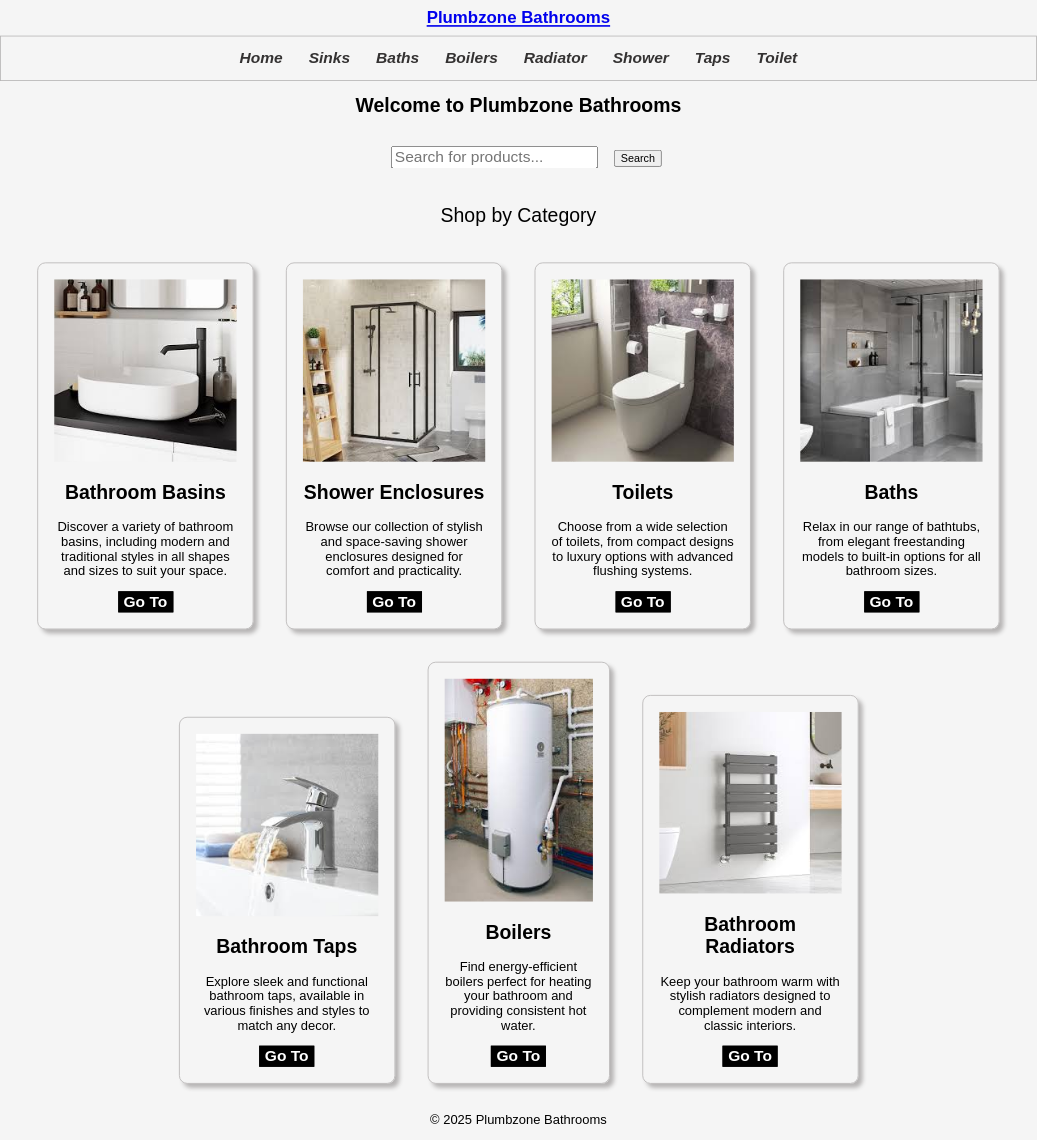
Repository: ziarahman112/react-practice
Page: /Home (app in Website/)
The author's editor kept a copy of each file at every save. The page is drawn from the files as they stood at one save, then again after the next save.
The browser window is 1280 px wide. The pictures show the whole page, at 81% of full size.
The project was rebuilt for these pictures with package versions that can differ from the ones it lists, and the page was loaded fresh each time. Also part of the build but not shown: Website/vite.config.js, Website/src/Shower/Shower.jsx, Website/src/Bath/Bath.jsx, Website/src/Toilet/Toilet.jsx, Website/src/Radiator/Radiator.jsx, Website/src/Boiler/Boiler.jsx, Website/src/Taps/Tap.jsx, Website/src/sink/sinks.jsx.

Above is the page before, as saved 2025-07-10 00:08:23.

### Website/index.html
<!doctype html>
<html lang="en">
  <head>
    <meta charset="UTF-8" />
    <link rel="icon" type="image/svg+xml" href="/vite.svg" />
    <meta name="viewport" content="width=device-width, initial-scale=1.0" />
    <title>PlumbZone Bathrooms</title>
  </head>
  <body>
    <div id="root"></div>
    <script type="module" src="/src/main.jsx"></script>
  </body>
</html>

### Website/src/index.css
#title{
font-size: 1.3em;
font-weight: bold;
text-align: left;
margin: auto;
border: 10px solid hsla(0, 100%, 100%, 0);
max-width: fit-content;
align-content:start ;
  text-decoration: none;

}

#nav{
  display: flex;
  justify-content: center; /* centers the nav list horizontally */
  background-color: #f5f5f5; /* optional: background for nav bar */
  padding: 1rem 0; /* optional: spacing inside the navbar */
  border: 1px solid hsl(0, 1%, 71%);
}

.title{

  border: 2px solid hsl(0, 0%, 0%);
  border-radius: 10px;
  color: hsl(0, 1%, 20%);
  background-color: hsl(0, 1%, 98%);
  padding: 10px;
  font-family: Arial, sans-serif;
  font-weight: bold;


  cursor: pointer;

}

#nav-list {
  list-style: none;
  font-size: 1.2em;
  font-weight: bold;
  text-align: center;
  align-items: center;
  display: flex;
  gap: 2rem;
  padding: 0;
  margin: 0;
  color: hsl(0, 1%, 20%);
  font-style: italic;
  font-family: Arial, sans-serif;
}

#nav-list li a {
  text-decoration: none;
  color: hsl(0, 1%, 20%);
  transition: color 0.3s ease;
}

#nav-list li a:hover {
  color: hsl(0, 1%, 40%);
}

### Website/src/App.jsx
import { BrowserRouter as Router, Routes, Route } from 'react-router-dom';
import Header from './components/Header';
import Footer from './components/Footer';
import Shower from './Shower/Shower';
import Bath from './Bath/Bath';
import Toilet from './Toilet/Toilet';
import Radiator from './Radiator/Radiator';
import Boiler from './Boiler/Boiler';
import Tap from './Taps/Tap';

import Home from './Home/Home';
import Sinks from './sink/sinks';


function App() {
return (
<Router>
<Header/>
<Routes>
        <Route path="/Home" element={<Home />} />
        <Route path="/sinks" element={<Sinks />} />
        <Route path="/Shower" element={<Shower />} />
        <Route path="/Bath" element={<Bath />} />
        <Route path="/toilet" element={<Toilet />} />
        <Route path="/radiator" element={<Radiator />} />
        <Route path="/boiler" element={<Boiler />} />
        <Route path="/taps" element={<Tap />} />

      </Routes>
      <Footer/>

</Router>
)
}

export default App

### Website/src/components/Header.jsx

function Header () {
return (
    <div >
    <header id = "header">
    <h1 id = "title" > <a href="/Home"> Plumbzone Bathrooms</a> </h1>
    <nav id = "nav">
        <ul id = "nav-list">
            <li id = "home"> <a href = "/Home"> Home</a></li>
            <li id = "sinks"> <a href="/sinks">Sinks </a></li>
            <li><a href="/bath"> Baths</a></li>
            <li> <a href="/Boiler"> Boilers </a></li>
            <li> <a href="/Radiator"> Radiator </a></li>
            <li> <a href="/Shower"> Shower</a></li>
            <li> <a href="/taps"> Taps</a></li>
            <li> <a href="/Toilet"> Toilet</a></li>

        </ul>
    </nav>

    </header>
    </div>
)
}

export default Header;

### Website/src/components/Footer.jsx


function Footer() {
return(
    <footer>
        <p>&copy; {new Date().getFullYear()} Plumbzone Bathrooms </p>
    </footer>
);
}
export default Footer;

### Website/src/Home/Home.jsx
import sink from '../assets/sink.jpeg';
import basin from '../assets/bathroom basin.jpeg';
import toilet from '../assets/toilet.jpeg';
import baths from '../assets/bath.jpeg';
import radiator from '../assets/radiator.jpeg';
// import shower from '../assets/shower.jpeg';
import boiler from '../assets/boiler.jpeg';
import taps from '../assets/tap.jpeg';
import showerEnclosure from '../assets/Shower enclosure.jpeg';
import Header from '../components/Header';
import sinks from '../sink/sinks';
import { useNavigate } from 'react-router-dom';
import styles from './Home.module.css';
import Bath from '../Bath/Bath';




function Home(){
const navigate = useNavigate();

let b;

let Tap = function() {
    navigate('/taps');
}

let Boiler = function() {
    navigate('/boiler');
}

let bath = function() {
    navigate('/Bath');
}

let sinks = function() {
    navigate('/sinks');

}
let shower = function() {
    navigate('/Shower');
}

let Toilet = function() {
    navigate('/toilet');
}

let Radiator = function() {
    navigate('/radiator');
}

    return (
        <header>
            <h1 className={styles.head}>Welcome to Plumbzone Bathrooms</h1>

            <div className={styles.search}>
         <input className = {styles.input}type="text" placeholder='Search for products...' />
         <button className= {styles.Button}> Search </button>
            </div>



            <div>
                <p className={styles.head}>Shop by Category</p>


    <div className={styles.card}>
        <img className="card-image" src={basin} alt="Bathroom Basin" />
        <h2 className="card-title">Bathroom Basins</h2>
        <p className='card-p'>
            Discover a variety of bathroom basins, including modern and traditional styles in all shapes and sizes to suit your space.
        </p>
        <button className={styles.Button} onClick={sinks}>Go To</button>
    </div>

    <div className={styles.card}>
        <img className='card-image' src={showerEnclosure} alt="Shower Enclosure" />
        <h2 className='card-title'>Shower Enclosures</h2>
        <p className='card-p'>
            Browse our collection of stylish and space-saving shower enclosures designed for comfort and practicality.
        </p>
        <button className={styles.Button} onClick={shower}>Go To</button>
    </div>

    <div className={styles.card}>
        <img className='card-image' src={toilet} alt="Toilets" />
        <h2 className='card-title'>Toilets</h2>
        <p className='card-p'>
            Choose from a wide selection of toilets, from compact designs to luxury options with advanced flushing systems.
        </p>
        <button className={styles.Button} onClick={Toilet}>Go To</button>
    </div>

    <div className={styles.card}>
        <img className='card-image' src={baths} alt="BathTubs" />
        <h2 className='card-title'>Baths</h2>
        <p className='card-p'>
            Relax in our range of bathtubs, from elegant freestanding models to built-in options for all bathroom sizes.
        </p>
        <button className={styles.Button} onClick={bath}>Go To</button>
    </div>

    <div className={styles.card}>
        <img className='card-image' src={taps} alt="Bathroom Taps" />
        <h2 className='card-title'>Bathroom Taps</h2>
        <p className='card-p'>
            Explore sleek and functional bathroom taps, available in various finishes and styles to match any decor.
        </p>
        <button className={styles.Button} onClick={Tap}>Go To</button>
    </div>

    <div className={styles.card}>
        <img className='card-image' src={boiler} alt="Boilers" />
        <h2 className='card-title'>Boilers</h2>
        <p className='card-p'>
            Find energy-efficient boilers perfect for heating your bathroom and providing consistent hot water.
        </p>
        <button className={styles.Button} onClick={Boiler}>Go To</button>
    </div>

    <div className={styles.card}>
        <img className='card-image' src={radiator} alt="Bathroom Radiators" />
        <h2 className='card-title'>Bathroom Radiators</h2>
        <p className='card-p'>
            Keep your bathroom warm with stylish radiators designed to complement modern and classic interiors.
        </p>
        <button className={styles.Button} onClick={Radiator}>Go To</button>
    </div>
</div>

        </header>

    );
}
export default Home;

### Website/src/Home/Home.module.css


  body{
    align-content: center;
    text-align: center;
    background-color: hsl(0, 1%, 96%);
    margin: 0;
    font-family: Arial, Helvetica, sans-serif;
  }

.card{
    border: 1px solid hsl(0, 1%, 71%);
    border-radius: 10px;
    box-shadow: 5px 5px 5px hsl(0, 1%, 71%);
    padding: 20px;
    margin: 20px;
    text-align: center;
    max-width: min-content;
    max-height: min-content;
    display: inline-block;
  }
  .card .card-image{
    max-width: min-content;
    height: auto;
    margin-bottom: 10px;
    max-height: min-content;
  }
  .card .card-title{
    font-family: cursive;
    font-weight: bold;
    margin: 0px;

  }
  .card .card-p{
    font-family: Arial, sans-serif;
    font-size: 0.9em;
    color: black;
  }

  .card .Button{
    background-color: hsl(0, 0%, 0%);
    color: white;
    border: 1px solid hsl(0, 0%, 0%);
    font-size: 1.2em;
    font-weight: bold;
    cursor: pointer;
  }
  .card .Button:hover{
    background-color: hsl(0, 1%, 60%);

  }
  .head{
    text-align: center;
    font-family: Arial, Helvetica, sans-serif;
    font-size: 1.5em;
  }



.search .input{

  justify-content: center;
  align-items: center;
  margin: 20px;
  font-family: Arial, Helvetica, sans-serif;
  font-size: 1.2em;



}

.card .head{
  font-family: Arial, Helvetica, sans-serif;
  font-size: 1.5em;
  margin: 10px;
  margin-bottom: 0%;
}

Loaded but not shown: Website/src/main.jsx (common file)

After the next save:
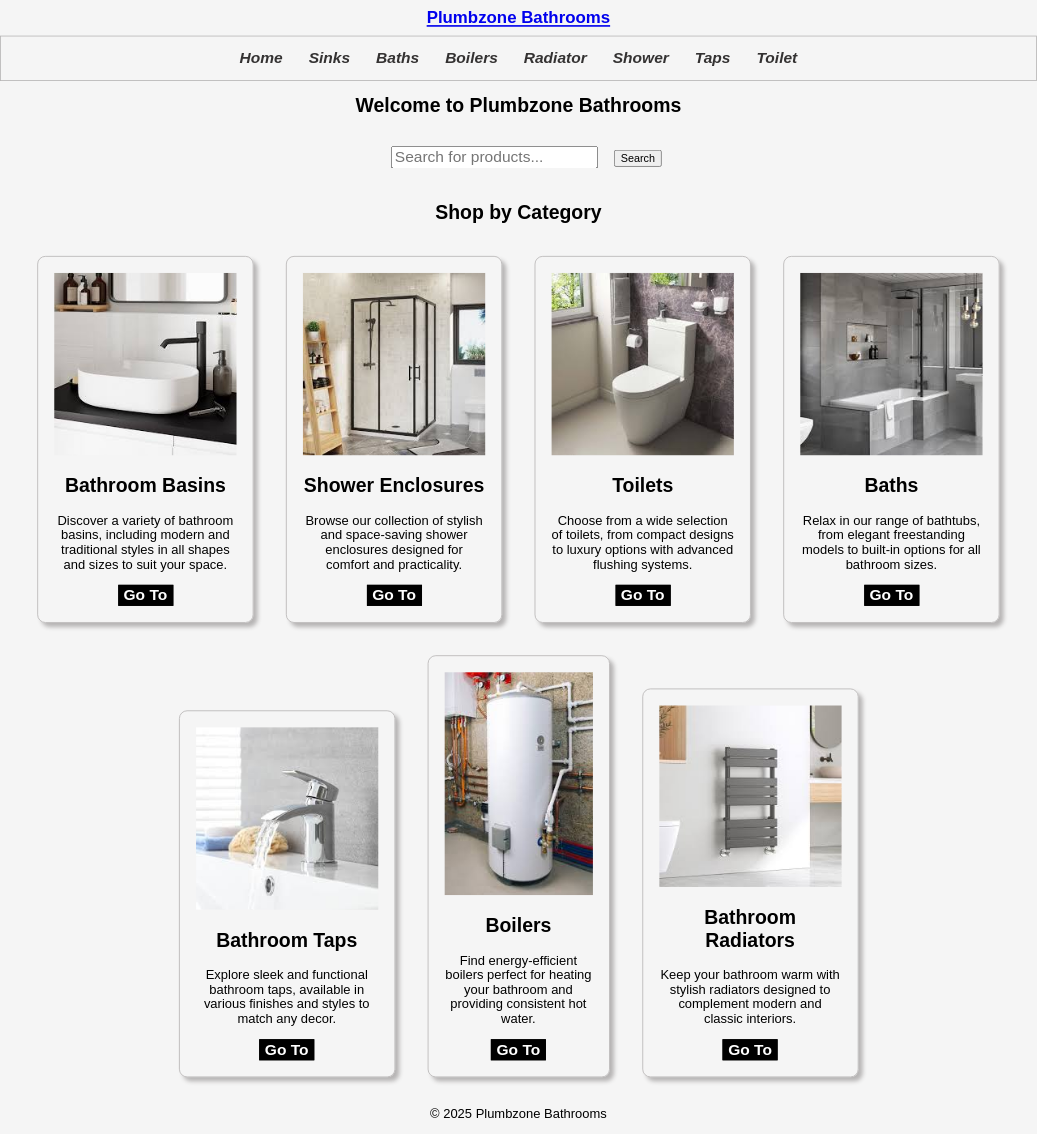
Saved 13 h 33 min later.
--- a/Website/src/Home/Home.jsx
+++ b/Website/src/Home/Home.jsx
@@ -61,7 +61,7 @@ let Radiator = function() {
 
 
             <div>
-                <p className={styles.head}>Shop by Category</p>
+                <h2 className={styles.head}>Shop by Category</h2>
 
 
     <div className={styles.card}>
